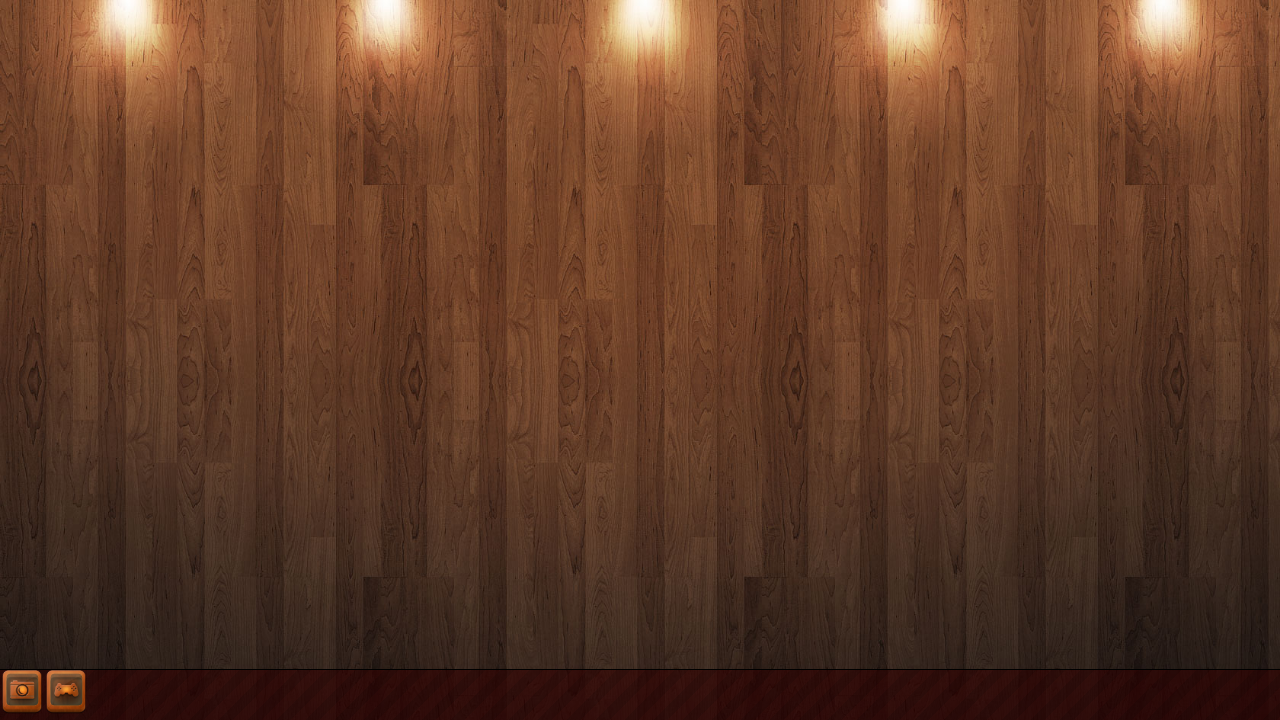
Repository: fr222cy/1dv403-JavaScript-L01
Page: 5-pdw/index.html
The author's editor kept a record of every edit. The page is drawn from the files as they stood at one moment, then again after the next edit.
The browser window is 1280 px wide. The pictures show the whole page.

Above is the page before.

### 5-pdw/index.html
<!DOCTYPE html>
<html>

<head>
    <meta charset="UTF-8" />
    <title>Desktop</title>
    <link rel="stylesheet" href="style.css">
    <script src="scripts/script.js"></script>
    <script src="scripts/desktop.js"></script>
    <script src="scripts/gallery.js"></script>
    <script src="scripts/window.js"></script>
    <script src="scripts/start.js"></script>
    <script src="scripts/icon.js"></script>

</head>

<body>
    <div class="desktop">

    </video>
            <template class="temp">
            <div class="window">

                <div class="windowTop">

                    <div class="topTitle">Undefined</div>
                        <div class="topClose"><img src="pics/delete.png" class="deleteIcon">
                        </div>


                </div>
                <div class="windowContent">
                </div>

                <div class="windowFooter">
                </div>
            </div>
        </template>

        <div class="startBar">


        </div>
    </div>

</body>


</html>

### 5-pdw/style.css
body, html
{
    width:100%;
    height:100%;
    margin:0px;
    padding:0px;
    font-family:calibri;
    color:white;

}
.desktop
{
    background-image: url(pics/desktopBackground.jpg);
    background-size:cover;
    width:100%;
    height:100%;
}


/* The style of the window*/
.window
{
   position:absolute;
   width:300px;
   height:340px;
   border:2px solid black;
   border-radius:5px;

   /* Text Selection Disabled*/
    -webkit-touch-callout: none;
    -webkit-user-select: none;
    -khtml-user-select: none;
    -moz-user-select: none;
    -ms-user-select: none;
    user-select: none;
}

.windowTop
{
    height:30px;
    background-color: rgba(50, 0, 0, 0.6);
    background-image: url(pics/vertical.png);
}

.windowTop:hover
{
    cursor: -webkit-grab;
}
.windowTop:active
{
    cursor: -webkit-grabbing;
}
.windowContent

{
    width:300px;
    height:275px;
    border-top:1px solid black;
    border-bottom:1px solid black;
    background-color:NavajoWhite;
    overflow:auto;
    display: flex;
    flex-flow: row wrap;
    justify-content: space-around;
}

.windowFooter
{
    height:33px;
    background-color: rgba(0, 0, 0, 0.7);

}
.topTitle
{
    float:left;
    font-size:25px;
}
.topTitle img
{
    float:left;
    width:30px;
    height:30px;
}

.topClose
{
  float:right;

}

.deleteIcon:hover
{
    width:105%;
    height:105%;
    cursor:pointer;
}

/*StartMenu*/
.startFixer
{
    text-align:center;
}
.startBar
{
    position:absolute;
    bottom:0px;
    border-top:1px solid black;
    width:100%;
    height:50px;
    background: rgba(50, 0, 0, 0.6);
    background-image: url(pics/vertical.png);
    background-attachment: fixed;
}

.startBar img
{

    width:44px;
    height:44px;
}
.startBar img:hover
{
    width:46px;
    height:46px;
}

/*WindowContent for the Gallery*/

.windowContent .galleryImages
{
   margin-top:6%;
   border:1px solid black;

}
.windowContent .imageBox
{
    margin:auto;
    border: 1px solid black;
    width:81px;
    height:60px;
    text-align:center;
    margin-top:3px;
    margin-bottom:2px;
}
.windowContent .imageViewer
{
    display:inline;
}

### 5-pdw/scripts/script.js
"use strict"

window.onload = function ()
{

var desk = new Desktop();
var startB = new StartBar(desk);


startB.addApp("Gallery", Gallery, "pics/camera.png");
startB.addApp("Memory", null, "pics/games.png");


};

### 5-pdw/scripts/desktop.js
"use strict"

function Desktop()
{
    this.element = document.querySelector(".desktop");
}

### 5-pdw/scripts/gallery.js
"use strict";

function Gallery(desk, w) {
        this.w = w;
        this.getImages(desk, w);

    }

    //Get images from server.
Gallery.prototype.getImages = function(desk, w) {
    var xhr = new XMLHttpRequest();
    var self = this;

    xhr.onreadystatechange = function() {
        if (xhr.readyState === 4) {

            w.windowFooter.removeChild(w.loader);
            var picArray = JSON.parse(xhr.responseText);
            this.windowContent = w.w.querySelector(".windowContent");

            for (var i = 0; i < picArray.length; i++) {
                var imageBox = document.createElement("div");
                imageBox.className = "imageBox";

                var image = document.createElement("img");

                var aTag = document.createElement("a");
                aTag.className = "galleryA";
                aTag.href = "#";


                image.src = picArray[i].thumbURL;
                image.picture = picArray[i].URL;


                //When I click on a picture in the array...
                image.addEventListener("click", function(){


                self.imageViewer(desk, this);

                });


                imageBox.appendChild(image);
                aTag.appendChild(imageBox);
                this.windowContent.appendChild(aTag);
            }

        }

    };

    xhr.open("GET", "http://homepage.lnu.se/staff/tstjo/labbyServer/imgviewer/", true);
    xhr.send(null);
};

Gallery.prototype.imageViewer = function(desk, img) {

    var image = document.createElement("img");
    image.src = img.className;
    console.log(image);

    var minPic = document.createElement("img");
    minPic.src = "pics/camera.png";

    var ivw = new Window(desk, "Image Viewer", minPic);




    img.className = "imageViewerPic"




    var windowContent = ivw.w.querySelector(".windowContent");
    windowContent.parentNode.className ="imageViewer"
    windowContent.appendChild(image);

    ivw.windowFooter.removeChild(ivw.loader);




};

### 5-pdw/scripts/window.js
"use strict";



function Window(desk, name, image) {
    var template = document.querySelector(".temp");
    this.windowTemplate = template.content.querySelector(".window");
    var w = this.windowTemplate.cloneNode(true);
    this.windowTitle = w.querySelector(".topTitle");
    var closeButton = w.querySelector(".deleteIcon");


    this.desk = desk;
    this.w = w;


    var topImage = image.cloneNode(true);


    this.windowTitle.innerHTML = name;
    this.windowTitle.appendChild(topImage);
    desk.element.appendChild(w);
    this.createLoader();
    this.dragable();
    closeButton.onclick = function() {
        this.close();
    }.bind(this);

}
//When i click on the closebutton i remove the windowelement from the desk.
Window.prototype.close = function() {

    this.desk.element.removeChild(this.w);
};
//For each window I open the window will move 10px left and from top.
Window.prototype.setPosition = function(x, y) {
    this.w.style.left = x + "px";
    this.w.style.top = y + "px";
};


//Loading Image
Window.prototype.createLoader = function() {

    this.loader = document.createElement("img");
    this.windowFooter = this.w.querySelector(".windowFooter");
    this.loader.src = "pics/ajaxLoader.gif";
    this.loader.className = "loader";
    this.windowFooter.appendChild(this.loader);
};
//http://stackoverflow.com/questions/9334084/moveable-draggable-div. Makes window dragable.
Window.prototype.dragable = function () {
    var w = this.w;
    var offsetX;
    var offsetY;

    var divMove = function (e){
      w.style.top = e.clientY-offsetY + 'px';
      w.style.left = e.clientX-offsetX + 'px';

    };

    var mouseUp = function () {
        window.removeEventListener('mousemove', divMove, true);
    };

    var mouseDown = function (e){
        offsetX = e.clientX - parseInt(w.style.left);
        offsetY = e.clientY - parseInt(w.style.top);

        window.addEventListener('mousemove', divMove, true);
    };

    var windowTop = this.w.querySelector(".windowTop");
    windowTop.addEventListener("mousedown", mouseDown, false);
    window.addEventListener('mouseup', mouseUp, false);
};

### 5-pdw/scripts/start.js
"use strict"

function StartBar(desk) {
    this.element = document.querySelector(".startBar");
    this.desk = desk;
    this.start = {
        x: 0,
        y: 0
    };
    this.winArr = [];
    this.apps = {};
}

StartBar.prototype.addApp = function(name, constructor, url) {

    var image = document.createElement("img");
    image.src = url;

    this.element.appendChild(image);

    this.apps[name] = {name: name, constructor: constructor, img: url};

    image.onclick = function() {
        this.open(name)
        //this.nameCheck(name, image, w);
    }.bind(this);

};

StartBar.prototype.open = function(appName) {

    var app = this.apps[appName];

    var w = new Window(this.desk, app.name, app.img);

    new app.constructor(this.desk,w);

    this.start.x += 10;
    this.start.y += 10;
    w.setPosition(this.start.x, this.start.y);
}

//Checks what apps we are opening.
StartBar.prototype.nameCheck = function(name, image, w) {

    if (name === "Gallery") {

        new Gallery(this.desk, w);

    }

    if (name === "Memory") {
        console.log("Har kommer memoryt.")
    }
}

### 5-pdw/scripts/icon.js
"use strict"

function Icon ()
{

}

After the next edit:
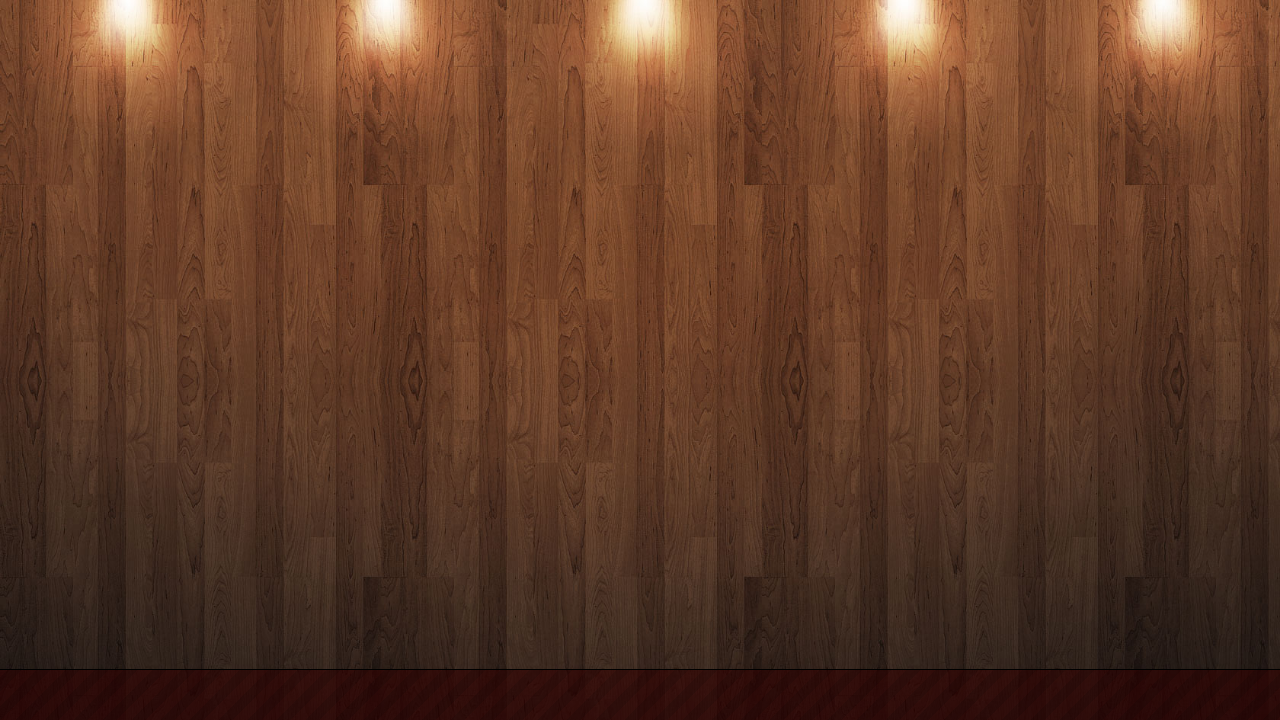
Console error: SyntaxError: Unexpected end of input
The edit:
--- a/5-pdw/scripts/start.js
+++ b/5-pdw/scripts/start.js
@@ -30,7 +30,8 @@
 StartBar.prototype.open = function(appName) {
 
     var app = this.apps[appName];
-
+    if (app.constructor != null)
+    {
     var w = new Window(this.desk, app.name, app.img);
 
     new app.constructor(this.desk,w);

After the edit that followed:
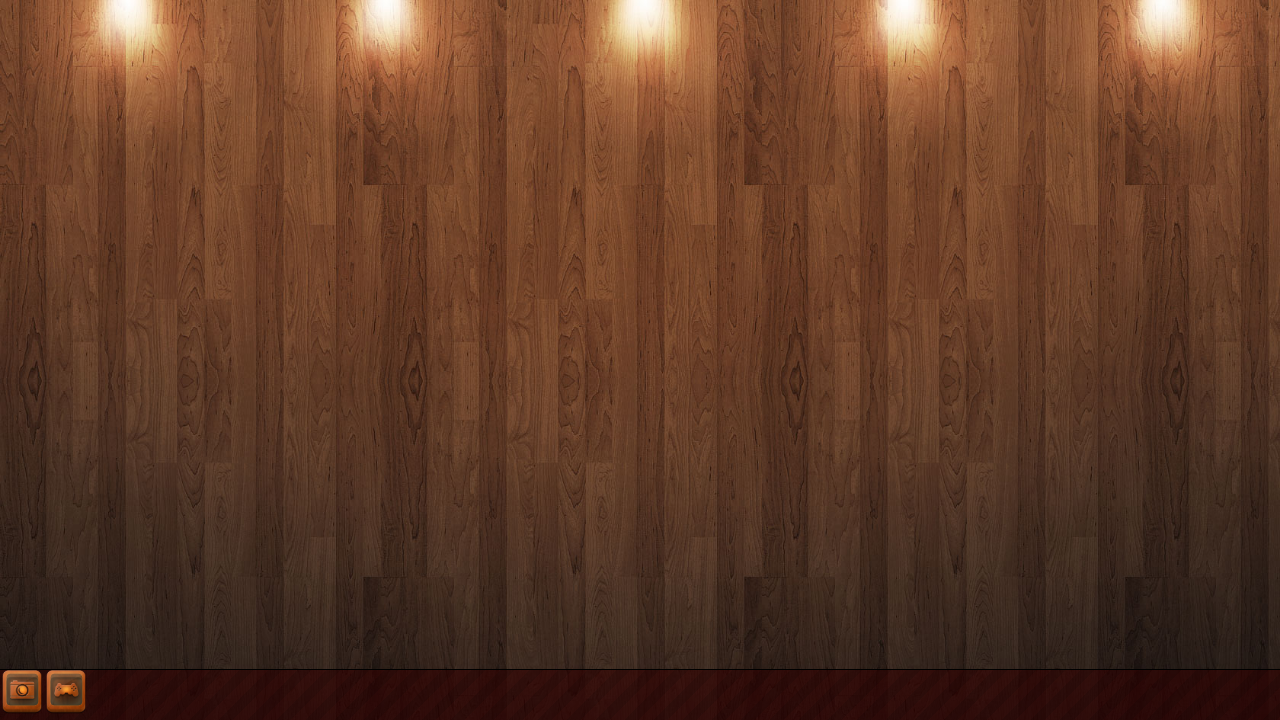
The error is gone.
The edit:
--- a/5-pdw/scripts/start.js
+++ b/5-pdw/scripts/start.js
@@ -32,13 +32,14 @@
     var app = this.apps[appName];
     if (app.constructor != null)
     {
-    var w = new Window(this.desk, app.name, app.img);
+        var w = new Window(this.desk, app.name, app.img);
 
-    new app.constructor(this.desk,w);
+        new app.constructor(this.desk,w);
 
-    this.start.x += 10;
-    this.start.y += 10;
-    w.setPosition(this.start.x, this.start.y);
+        this.start.x += 10;
+        this.start.y += 10;
+        w.setPosition(this.start.x, this.start.y);
+    }
 }
 
 //Checks what apps we are opening.
